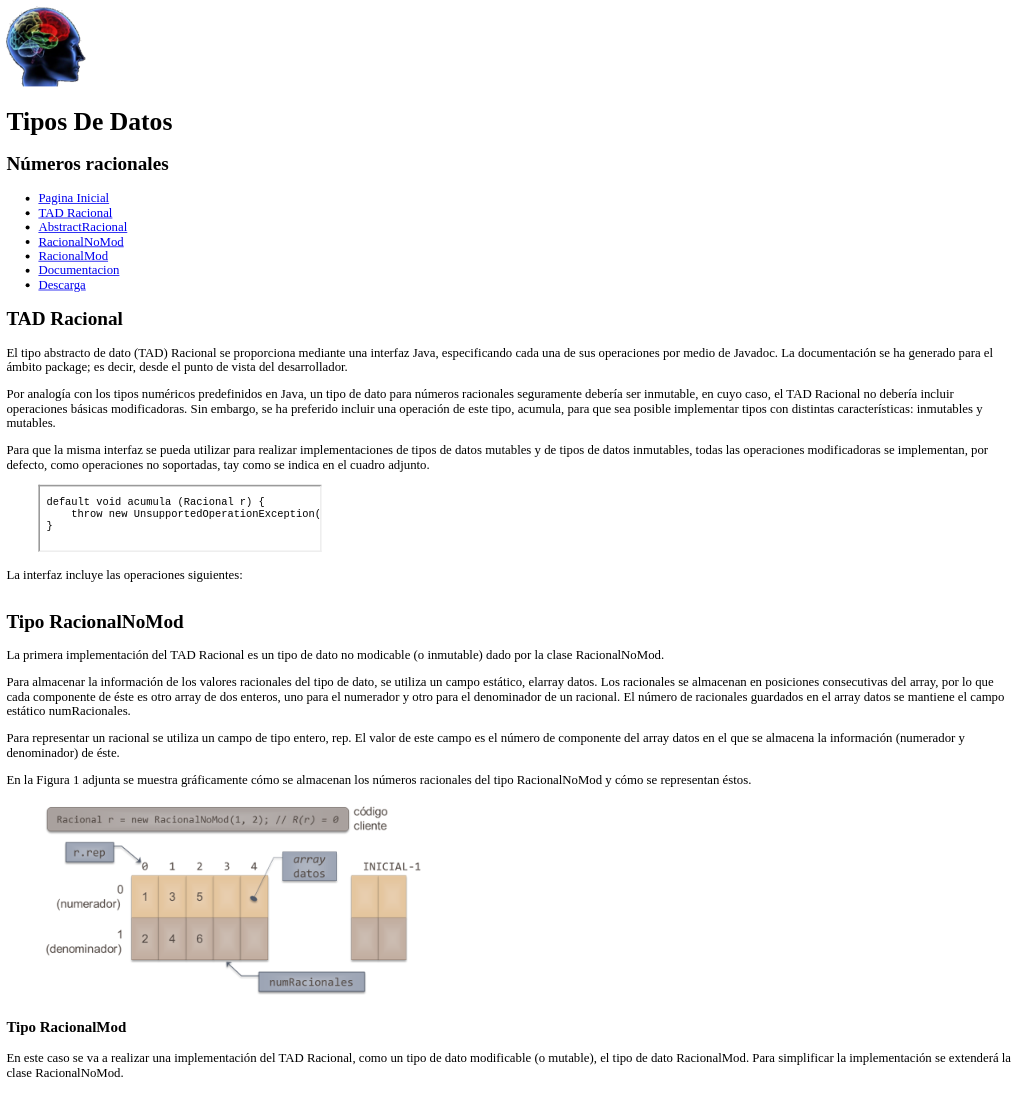
Repository: dgsama/Curso17
Page: SEW/WorkSpace/Practica02/html/index.html
These files come from the project's save history. The page is drawn as it stood at one moment and after the next save; the edit follows.
The browser window is 1280 px wide. The pictures show the whole page, at 80% of full size.

Above is the page before, as saved 2016-10-05 10:08:01.

### SEW/WorkSpace/Practica02/html/index.html
<!DOCTYPE html>
<html lang="es">
<head>
<meta http-equiv="Content-Type" content="text/html; charset=utf8">
<link rel="java" type="text/css" href="java.css" title="Style">

<title>Tipo de Datos</title>
</head>
<body>
    <header>
        <img src="..\logo.png"> </img>
        <h1>Tipos De Datos</h1>
        <h2>Números racionales</h2>
    </header>

    <nav>
        <ul>
            <li><a href = "index.html">Pagina Inicial</a></li>
            <li><a href = "Racional.html">TAD Racional</a></li>
            <li><a href = "AbstractRacional.html">AbstractRacional</a></li>
            <li><a href = "RacionalNoMod.html">RacionalNoMod</a></li>
            <li><a href = "RacionalMod.html">RacionalMod</a></li>
            <li><a href = "Documentacion.html">Documentacion</a></li>
            <li><a href = "Racionales.zip">Descarga</a></li>
        </ul>
    </nav>

    <section>
        <h1>TAD Racional</h1>
        <p>El tipo abstracto de dato (TAD) Racional se proporciona
            mediante una interfaz Java, especificando cada una de sus
            operaciones por medio de Javadoc. La documentación se ha
            generado para el ámbito package; es decir, desde el punto de
            vista del desarrollador.</p>
        <p>Por analogía con los tipos numéricos predefinidos en
            Java, un tipo de dato para números racionales seguramente
            debería ser inmutable, en cuyo caso, el TAD Racional no
            debería incluir operaciones básicas modificadoras. Sin
            embargo, se ha preferido incluir una operación de este tipo,
            acumula, para que sea posible implementar tipos con
            distintas características: inmutables y mutables.</p>
        <P>Para que la misma interfaz se pueda utilizar para
            realizar implementaciones de tipos de datos mutables y de
            tipos de datos inmutables, todas las operaciones
            modificadoras se implementan, por defecto, como operaciones
            no soportadas, tay como se indica en el cuadro adjunto.</p>

        <figure>
            <iframe src="..\noSoportado.html" height="80px" width="350px">
            </iframe>
        </figure>

        <p>La interfaz incluye las operaciones siguientes:</p>
        <figure>
            <table>
            </table>
        </figure>

        <h2>Tipo RacionalNoMod</h2>
        <p>La primera implementación del TAD Racional es un tipo de
            dato no modicable (o inmutable) dado por la clase
            RacionalNoMod.</p>
        <p>Para almacenar la información de los valores racionales
            del tipo de dato, se utiliza un campo estático, elarray
            datos. Los racionales se almacenan en posiciones
            consecutivas del array, por lo que cada componente de éste
            es otro array de dos enteros, uno para el numerador y otro
            para el denominador de un racional. El número de racionales
            guardados en el array datos se mantiene el campo estático
            numRacionales.</p>
        <p>Para representar un racional se utiliza un campo de tipo
            entero, rep. El valor de este campo es el número de
            componente del array datos en el que se almacena la
            información (numerador y denominador) de éste.</p>
        <p>En la Figura 1 adjunta se muestra gráficamente cómo se
            almacenan los números racionales del tipo RacionalNoMod y
            cómo se representan éstos.</p>
        <figure>
            <img src="..\areaDatos.png">
        </figure>

        <h3>Tipo RacionalMod</h3>
        <p>En este caso se va a realizar una implementación del TAD
            Racional, como un tipo de dato modificable (o mutable), el
            tipo de dato RacionalMod. Para simplificar la implementación
            se extenderá la clase RacionalNoMod.</p>
    </section>


</body>

</html>

### SEW/WorkSpace/Practica02/noSoportado.html
<!DOCTYPE html>
<html xmlns="http://www.w3.org/1999/xhtml" lang="es" xml:lang="es">
<head>
<meta charset="UTF-8"/>
<title>Operación no soportada</title>
</head>
<body>
    <pre><code class="source" lang="en"
    xml:lang="en">default void acumula (Racional r) {
    throw new UnsupportedOperationException();
}</code></pre>
</body>
</html>

After the next save:
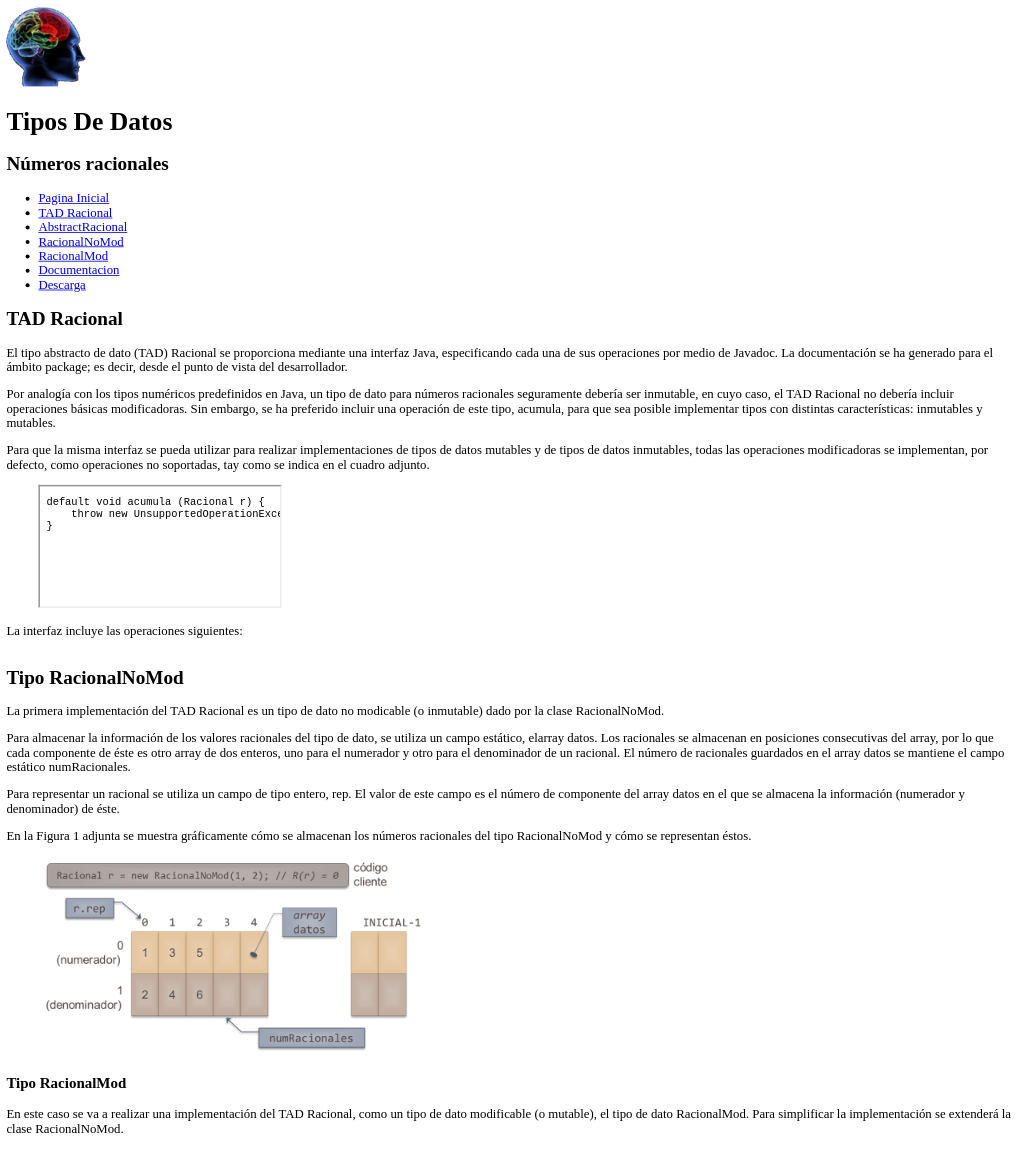
Saved 20 s later.
--- a/SEW/WorkSpace/Practica02/html/index.html
+++ b/SEW/WorkSpace/Practica02/html/index.html
@@ -46,7 +46,7 @@
             no soportadas, tay como se indica en el cuadro adjunto.</p>
 
         <figure>
-            <iframe src="..\noSoportado.html" height="80px" width="350px">
+            <iframe src="..\noSoportado.html" >
             </iframe>
         </figure>
 
